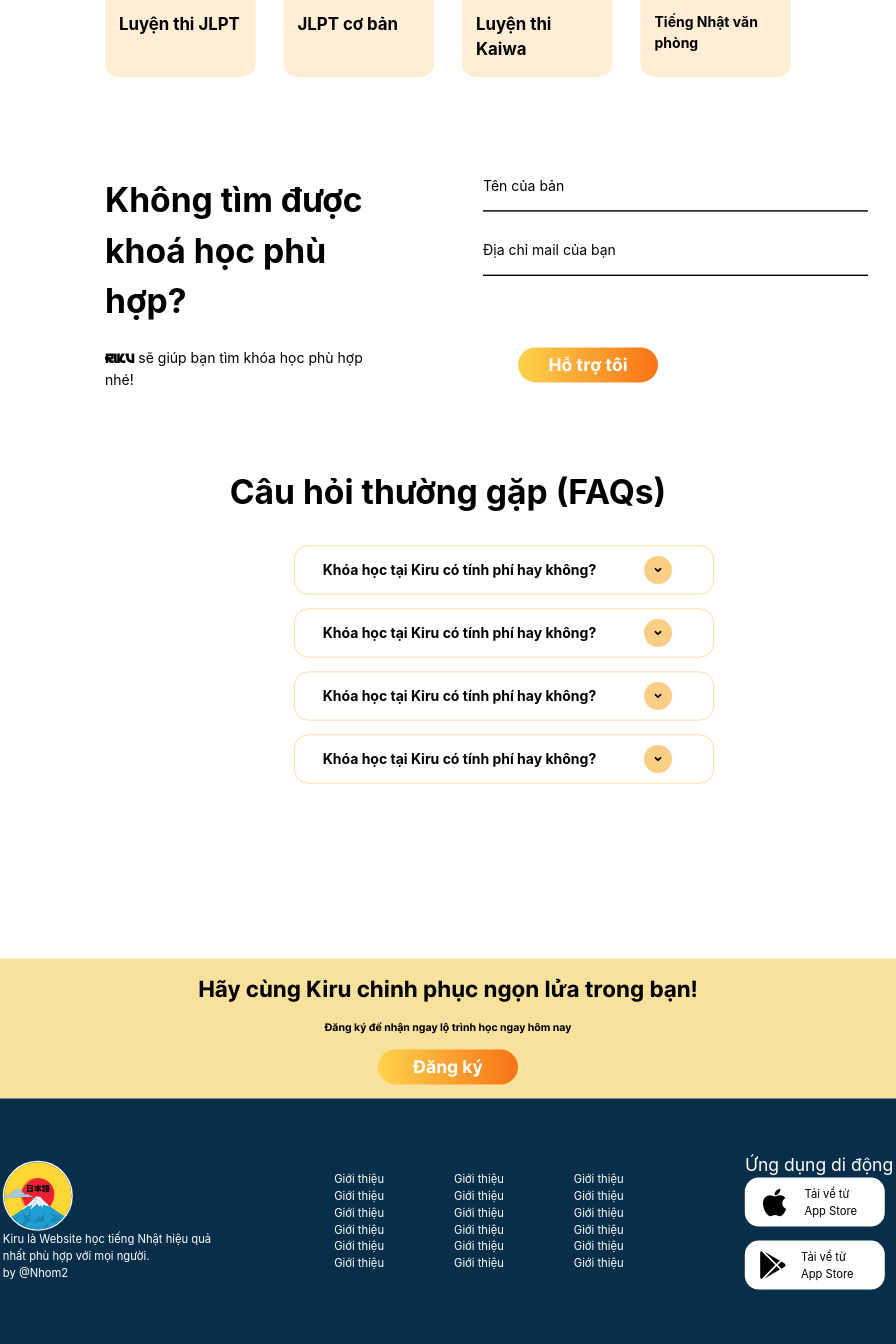
Repository: Quynhhuong150322/Kiru_Website-hoc-tieng-Nhat
Page: /
These files come from the project's save history. The page is drawn as it stood at one moment and after the next save; the edit follows.
The browser window is 1280 px wide. The pictures show the part of the page from y = 3205 to 5125 px (the page is 5125 px tall), at 70% of full size.
The project was rebuilt for these pictures with package versions that can differ from the ones it lists, and the page was loaded fresh each time.

Above is the page before, as saved 2023-08-17 02:27:00.

### public/index.html
<!DOCTYPE html>
<html lang="en">
  <head>
    <meta charset="utf-8" />
    <link rel="icon" href="%PUBLIC_URL%/favicon.ico" />
    <meta name="viewport" content="width=device-width, initial-scale=1" />
    <meta name="theme-color" content="#000000" />
    <meta
      name="description"
      content="Web site created using create-react-app"
    />
    <link rel="apple-touch-icon" href="%PUBLIC_URL%/logo192.png" />
    <!--
      manifest.json provides metadata used when your web app is installed on a
      user's mobile device or desktop. See https://developers.google.com/web/fundamentals/web-app-manifest/
    -->
    <link rel="manifest" href="%PUBLIC_URL%/manifest.json" />
    <!--
      Notice the use of %PUBLIC_URL% in the tags above.
      It will be replaced with the URL of the `public` folder during the build.
      Only files inside the `public` folder can be referenced from the HTML.

      Unlike "/favicon.ico" or "favicon.ico", "%PUBLIC_URL%/favicon.ico" will
      work correctly both with client-side routing and a non-root public URL.
      Learn how to configure a non-root public URL by running `npm run build`.
    -->
    <title>Kiru web</title>
  </head>
  <body>
    <noscript>You need to enable JavaScript to run this app.</noscript>
    <div id="root"></div>
    <!--
      This HTML file is a template.
      If you open it directly in the browser, you will see an empty page.

      You can add webfonts, meta tags, or analytics to this file.
      The build step will place the bundled scripts into the <body> tag.

      To begin the development, run `npm start` or `yarn start`.
      To create a production bundle, use `npm run build` or `yarn build`.
    -->
  </body>
</html>

### src/index.js
import React from 'react';
import ReactDOM from 'react-dom/client';
import './index.css';
import App from './App';
import reportWebVitals from './reportWebVitals';
import { BrowserRouter} from "react-router-dom";


const root = ReactDOM.createRoot(document.getElementById('root'));
root.render(
  <React.StrictMode>
    <BrowserRouter>
      <App />
    </BrowserRouter>
  </React.StrictMode>
);

// If you want to start measuring performance in your app, pass a function
// to log results (for example: reportWebVitals(console.log))
// or send to an analytics endpoint. Learn more: https://bit.ly/CRA-vitals
reportWebVitals();

### src/App.js
import './App.css';
import HeaderBefor from "./component/header_footer/HeaderBefor";
import Footer from "./component/header_footer/footer";
// import MyRoutes from './route/MyRoutes';
import GioiThieu from "./component/Gioi_thieu"
import KhoaHocBefor from "./component/Khoa_hoc_befor";
import LienHe from "./component/Lien_he";
import FAQs from "./component/FAQs";


function App() {
  return (
    <div className = "bg-white">
      {/* <MyRoutes></MyRoutes> */}
      <HeaderBefor></HeaderBefor>
      <GioiThieu></GioiThieu>
      <KhoaHocBefor></KhoaHocBefor>
      <LienHe></LienHe>
      <FAQs></FAQs>
      <Footer></Footer>
    </div>
  );
}

export default App;

### src/App.css
.App {
  text-align: center;
}

.App-logo {
  height: 40vmin;
  pointer-events: none;
}

@media (prefers-reduced-motion: no-preference) {
  .App-logo {
    animation: App-logo-spin infinite 20s linear;
  }
}

.App-header {
  background-color: #282c34;
  min-height: 100vh;
  display: flex;
  flex-direction: column;
  align-items: center;
  justify-content: center;
  font-size: calc(10px + 2vmin);
  color: white;
}

.App-link {
  color: #61dafb;
}

@keyframes App-logo-spin {
  from {
    transform: rotate(0deg);
  }
  to {
    transform: rotate(360deg);
  }
}

@font-face {
  font-family: Japanese;
  src: url(./font/Japanese\ 3017.ttf);
}

@font-face {
  font-family: InterBold;
  src: url(./font/Inter-Bold.ttf);
}

@font-face {
  font-family: InterRegular;
  src: url(./font/Inter-Regular.ttf);
}

@font-face {
  font-family: Montserrat;
  src: url(./font/MontserratAlternates-Bold.otf);
}

### src/component/header_footer/HeaderBefor.js
import React from "react";
import logo from "../../image/logo.png"
import { Link } from "react-router-dom";

const Header = () => {
    return (
        <div className = "bg-white top-0 h-[70px] ">
            <div class="flex justify-between items-center p-1">
                <Link to = "/">
                    <div className="flex flex-row items-center gap-5 pl-[50px] justify-center">
                        <img
                            className="h-[55px] w-55px] rounded-full "
                            src = {logo}
                            alt = "logo"
                        />
                        <div className="font-japanese text-[40px] font-bold">Kiru</div>
                    </div>
                </Link>
                <div className=""></div>
                    <ul className="flex space-x-4 justify-start gap-10 font-interBold text-[17px] pr-28 ">
                        <li className="hover:text-yellow-500">
                            <Link to = "/GioiThieu">Giới Thiệu</Link>
                        </li>
                        <li className="hover:text-yellow-500">
                            <Link to = "/LienHe">Liên hệ</Link>
                        </li>
                        <li className="hover:text-yellow-500">
                            <Link to = "/KhoaHocBefor">Khoá học</Link>
                        </li>
                        <li className="hover:text-yellow-500">
                            <Link to = "/FAQs">FAQs</Link>
                        </li>
                    </ul>
                <div className="pr-[50px] flex items-center ">
                    <ul className="flex space-x-4 justify-start gap-1 font-interBold text-[17px] items-center">
                        <li>
                            <button
                                type="button"
                                className="w-[117px] h-10 rounded-[20px] hover:border-2 border-amber-500 hover:text-sky-500">
                                Đăng nhập
                            </button>
                        </li>
                        <li>
                            <button
                                type="button"
                                className = "w-28 h-10 rounded-[20px] text-white bg-gradient-to-r from-amber-300  to-orange-500 hover:border-2 border-amber-700 hover:text-sky-500">
                                Đăng ký
                            </button>
                        </li>
                    </ul>
                </div>
            </div>

        </div>
    );
};
export default Header;

### src/component/header_footer/footer.js
import React from "react";
import logo from "../../image/logo.png";
import {FaApple, FaGooglePlay} from "react-icons/fa";

const Footer = () => {
    return (
        <div class="">
            <div className="h-[350px] bg-sky-950 flex justify-between items-center p-1">
                <div className="flex-initial w-[300px]">
                    <img
                        className="h-[100px] w-100px] rounded-full border-2 border-white"
                        src = {logo}
                        alt = "logo"
                    />
                    <p className="text-white">Kiru là Website học tiếng Nhật hiệu quả nhất phù hợp với mọi người. <p className="">by @Nhom2</p></p>
                </div>
                <div className="flex flex-row gap-[100px]">
                    <ul class="list-none text-white">
                        <li>Giới thiệu</li>
                        <li className="hover:text-yellow-500">Giới thiệu</li>
                        <li className="hover:text-yellow-500">Giới thiệu</li>
                        <li className="hover:text-yellow-500">Giới thiệu</li>
                        <li className="hover:text-yellow-500">Giới thiệu</li>
                        <li className="hover:text-yellow-500">Giới thiệu</li>
                    </ul>
                    <ul class="list-none text-white">
                        <li >Giới thiệu</li>
                        <li className="hover:text-yellow-500">Giới thiệu</li>
                        <li className="hover:text-yellow-500">Giới thiệu</li>
                        <li className="hover:text-yellow-500">Giới thiệu</li>
                        <li className="hover:text-yellow-500">Giới thiệu</li>
                        <li className="hover:text-yellow-500">Giới thiệu</li>
                    </ul>
                    <ul class="list-none text-white">
                        <li>Giới thiệu</li>
                        <li className="hover:text-yellow-500">Giới thiệu</li>
                        <li className="hover:text-yellow-500">Giới thiệu</li>
                        <li className="hover:text-yellow-500">Giới thiệu</li>
                        <li className="hover:text-yellow-500">Giới thiệu</li>
                        <li className="hover:text-yellow-500">Giới thiệu</li>
                    </ul>
                </div>
                <div className="">
                    <p className="text-white text-[25px]">Ứng dụng di động</p>
                    <div className="h-[70px] w-[200px] bg-white rounded-[20px] flex gap-5 items-center">
                        <div className="pl-5">
                            <FaApple className="w-[45px] h-[45px]"/>
                        </div>
                        <div className="flex-initial w-64">
                            Tải về từ <p className="">App Store</p>
                        </div>
                    </div>
                    <div className="pt-5">
                        <div className="h-[70px] w-[200px] bg-white rounded-[20px] flex gap-5 items-center">
                            <div className="pl-5 ">
                                <FaGooglePlay className="w-[40px] h-[40px]"/>
                            </div>
                            <div className="flex-initial w-64">
                                Tải về từ <p className="">App Store</p>
                            </div>
                        </div>
                    </div>
                </div>
            </div>
        </div>

    );
}
export default Footer;

### src/component/Khoa_hoc_befor.js
import React from "react";
import photo4 from "../image/photo4.png";
import photo5 from "../image/photo5.png";
import photo6 from "../image/photo6.png";
import photo7 from "../image/photo7.png";

const KhoaHocBefor = () => {
    return (
        <div className="">
            <div className="">
                <div className="pt-[100px] pl-[150px] font-inter font-bold text-[48px] w-[650px]">Gợi ý khóa học có thể phù hợp với bạn</div>
                <dic className="flex flex-row gap-10 px-[150px] py-10">
                    <div className="w-[250px] h-[350px] bg-orange-100 rounded-[20px] py-5 px-5">
                        <div className="">
                            <img
                                className=" rounded-[20px]  "
                                src = {photo4}
                                alt = "Photo4"
                            />
                        </div>
                        <div className="pt-5 font-inter font-bold text-[24px]">Luyện thi JLPT</div>
                    </div>
                    <div className="w-[250px] h-[350px] bg-orange-100 rounded-[20px] py-5 px-5">
                        <div className="">
                            <img
                                className=" rounded-[20px]  "
                                src = {photo5}
                                alt = "Photo5"
                            />
                        </div>
                        <div className="pt-5 font-inter font-bold text-[24px]">JLPT cơ bản</div>
                    </div>
                    <div className="w-[250px] h-[350px] bg-orange-100 rounded-[20px] py-5 px-5">
                        <div className="">
                            <img
                                className=" rounded-[20px]  "
                                src = {photo6}
                                alt = "Photo6"
                            />
                        </div>
                        <div className="pt-5 font-inter font-bold text-[24px]">Luyện thi Kaiwa</div>
                    </div>
                    <div className="w-[250px] h-[350px] bg-orange-100 rounded-[20px] py-5 px-5">
                        <div className="">
                            <img
                                className=" rounded-[20px]  "
                                src = {photo7}
                                alt = "Photo7"
                            />
                        </div>
                        <div className="pt-5 font-inter font-bold text-[20px]">Tiếng Nhật văn phòng</div>
                    </div>
                </dic>
            </div>
        </div>
    )
}
export default KhoaHocBefor;

### src/component/Lien_he.js
import React from "react";


const LienHe = () => {
    return (
        <div className="">
            <div className="grid grid-cols-2 gap-[100px] pt-[100px]">
                <div className="font-inter font-bold text-[48px] pl-[150px] ">Không tìm được khoá học phù hợp?</div>
                <div className="">
                    <div className="">
                        <p className="font-inter  text-[20px] pb-5">Tên của bản</p>
                        <div className="h-[2px] w-[550px] bg-black "></div>
                    </div>
                    <div className="">
                        <p className="font-inter  text-[20px] pb-5 pt-10">Địa chỉ mail của bạn</p>
                        <div className="h-[2px] w-[550px] bg-black "></div>
                    </div>
                </div>
            </div>
            <div className="grid grid-cols-2 gap-[200px] pt-[30px]">
                <div className="font-inter text-[20px] pl-[150px]"><a className="font-japanese font-bold">Riku</a> sẽ giúp bạn tìm khóa học phù hợp nhé!</div>
                <div className="">
                    <button
                        type="button"
                        className = "w-[200px] h-[50px] rounded-[40px] text-white bg-gradient-to-r from-amber-300  to-orange-500 hover:border-2 border-amber-700 hover:text-sky-500 font-interBold text-[25px] items-center">
                        Hỗ trợ tôi
                    </button>
                </div>
            </div>

        </div>
    )
}
export default LienHe;

### src/component/FAQs.js
import React from "react";
import {FaAngleDown} from "react-icons/fa";


const FAQs = () => {
    return (
        <div className="">
            <div className="">
                <div className="pt-[110px] font-inter font-bold text-[48px] text-center pb-10">Câu hỏi thường gặp (FAQs)</div>
                <div className="px-[420px] content-center  ">
                    <div className="h-[70px] w-[600px]  border border-amber-500/50 rounded-[20px]  px-10 grid grid-cols-2 gap-[400px] items-center">
                        <p className="flex-initial w-[800px] font-bold text-[20px]">Khóa học tại Kiru có tính phí hay không?</p>
                        <div className="w-[40px] h-[40px] bg-amber-500/50 rounded-[30px] items-center py-3 pl-3">
                            <FaAngleDown/>
                        </div>
                    </div>
                </div>
                <div className="px-[420px] content-center pt-5 ">
                    <div className="h-[70px] w-[600px]  border border-amber-500/50 rounded-[20px]  px-10 grid grid-cols-2 gap-[400px] items-center">
                        <p className="flex-initial w-[800px] font-bold text-[20px]">Khóa học tại Kiru có tính phí hay không?</p>
                        <div className="w-[40px] h-[40px] bg-amber-500/50 rounded-[30px] items-center py-3 pl-3">
                            <FaAngleDown/>
                        </div>
                    </div>
                </div>
                <div className="px-[420px] content-center pt-5 ">
                    <div className="h-[70px] w-[600px]  border border-amber-500/50 rounded-[20px]  px-10 grid grid-cols-2 gap-[400px] items-center">
                        <p className="flex-initial w-[800px] font-bold text-[20px]">Khóa học tại Kiru có tính phí hay không?</p>
                        <div className="w-[40px] h-[40px] bg-amber-500/50 rounded-[30px] items-center py-3 pl-3">
                            <FaAngleDown/>
                        </div>
                    </div>
                </div>
                <div className="px-[420px] content-center pt-5 ">
                    <div className="h-[70px] w-[600px]  border border-amber-500/50 rounded-[20px]  px-10 grid grid-cols-2 gap-[400px] items-center">
                        <p className="flex-initial w-[800px] font-bold text-[20px]">Khóa học tại Kiru có tính phí hay không?</p>
                        <div className="w-[40px] h-[40px] bg-amber-500/50 rounded-[30px] items-center py-3 pl-3">
                            <FaAngleDown/>
                        </div>
                    </div>
                </div>
            </div>
            <div className="pt-[250px] ">
                <div className="h-[200px] bg-yellow-500/40 items-center">
                    <div className="text-[32px] font-interBold text-center pt-5">Hãy cùng Kiru chinh phục ngọn lửa trong bạn!</div>
                    <p className="text-[15px] font-interBold text-center pt-5">Đăng ký để nhận ngay lộ trình học ngay hôm nay</p>
                    <div className="text-center pt-5">
                        <button
                            type="button"
                            className = "w-[200px] h-[50px] rounded-[40px] text-white bg-gradient-to-r from-amber-300  to-orange-500 hover:border-2 border-amber-700 hover:text-sky-500 font-interBold text-[25px] items-center">
                            Đăng ký
                        </button>
                    </div>
                </div>
            </div>
        </div>
    )
}
export default FAQs;

### tailwind.config.js
/** @type {import('tailwindcss').Config} */
module.exports = {
  content: ["./src/**/*.{html,js}"],
  // plugins: [require("tailwind-scrollbar")],
  theme: {
    extend: {
      fontSize: {
        sm: '9px',
        base: '13px',
        xl: '20px',
        '2xl': '60px',
        '3xl': '80px',
        '4xl': '90px',
        '5xl': '100px',
      }
    },
    screens: {
      'sm': {'min': '400px', 'max': '767px'},
      // => @media (min-width: 640px and max-width: 767px) { ... }

      'md': {'min': '768px', 'max': '1023px'},
      // => @media (min-width: 768px and max-width: 1023px) { ... }

      'lg': {'min': '1024px', 'max': '1279px'},
      // => @media (min-width: 1024px and max-width: 1279px) { ... }

      'xl': {'min': '1280px', 'max': '1535px'},
      // => @media (min-width: 1280px and max-width: 1535px) { ... }

      '2xl': {'min': '1536px'},
      // => @media (min-width: 1536px) { ... }
    },

    fontFamily: {
      japanese: ['"Japanese"'],
      interBold: ['"InterBold"'],
      interRegular: ['"InterRegular"'],
      montserrat: ['"Montserrat"']
    },
  },
  plugins: [],
}

Loaded but not shown: src/index.css (common file); src/reportWebVitals.js (common file); src/component/Gioi_thieu.js (187 lines, source omitted)

After the next save:
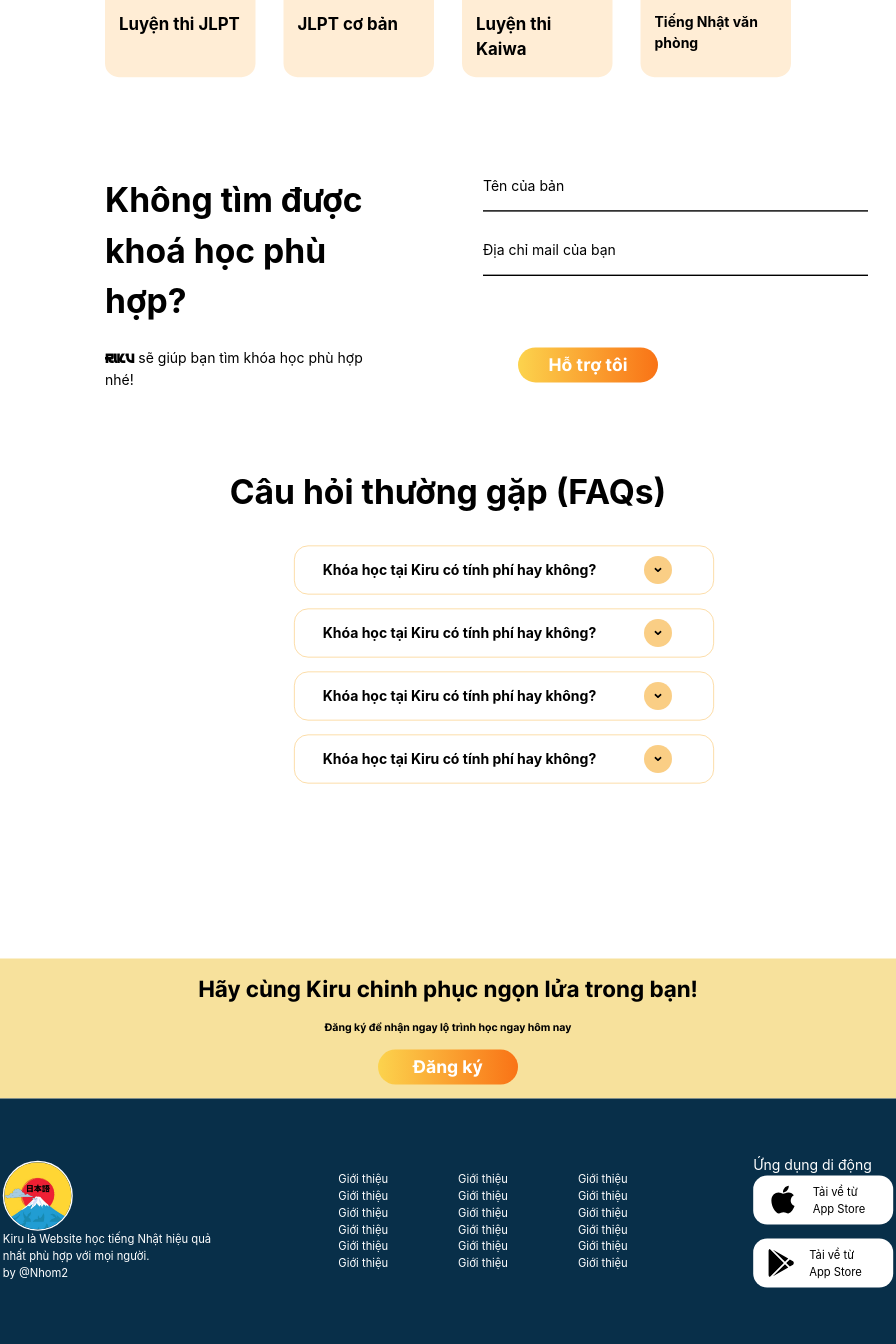
Saved 14 s later.
--- a/src/component/header_footer/footer.js
+++ b/src/component/header_footer/footer.js
@@ -41,7 +41,7 @@ const Footer = () => {
                     </ul>
                 </div>
                 <div className="">
-                    <p className="text-white text-[25px]">Ứng dụng di động</p>
+                    <p className="text-white text-[20px]">Ứng dụng di động</p>
                     <div className="h-[70px] w-[200px] bg-white rounded-[20px] flex gap-5 items-center">
                         <div className="pl-5">
                             <FaApple className="w-[45px] h-[45px]"/>
